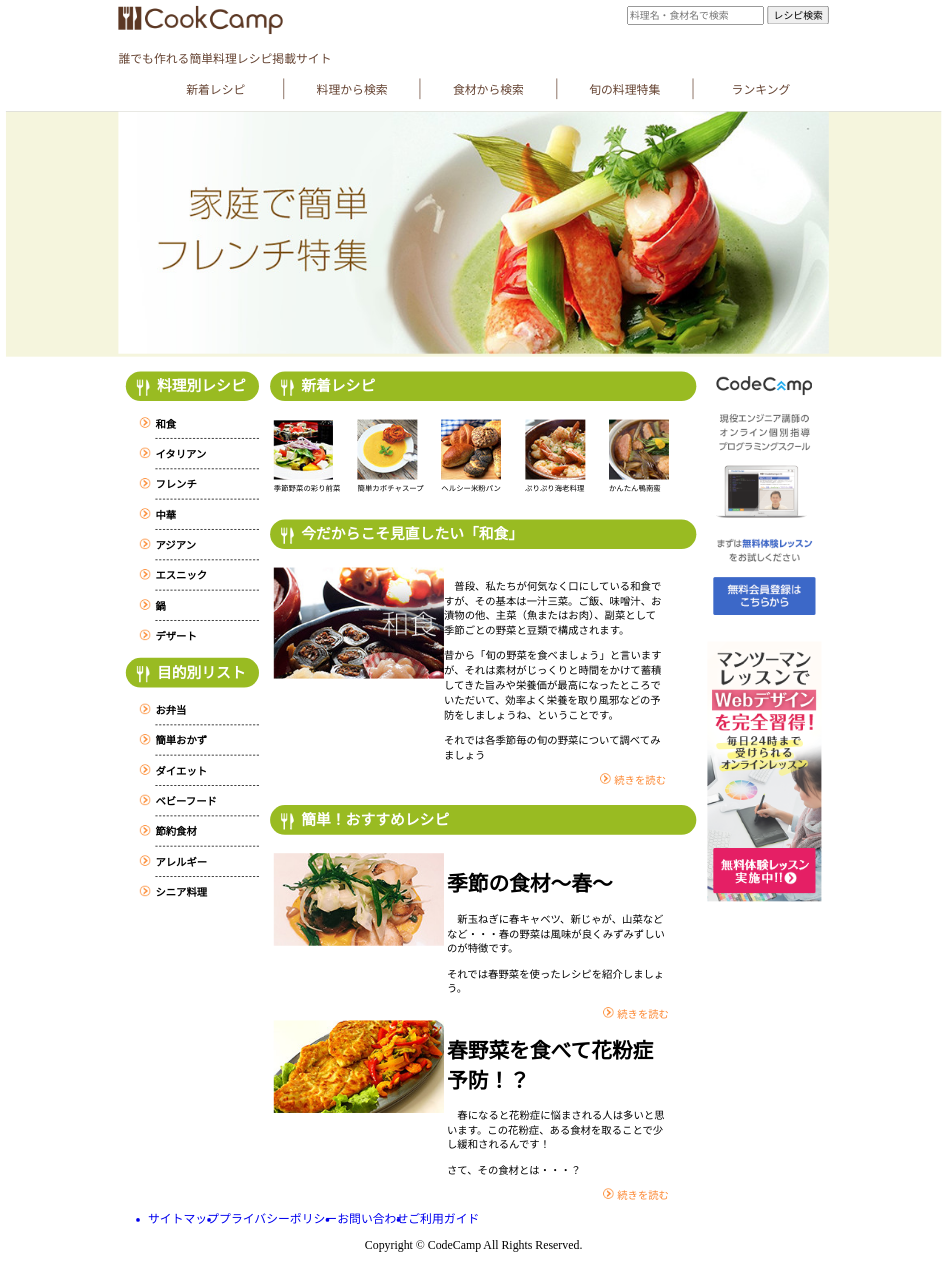
Repository: tomimaler/dc_work_tamachi_inagaki_html
Page: cookcamp/cookcamp.html
The author's editor kept a record of every edit. The page is drawn from the files as they stood at one moment, then again after the next edit.
The browser window is 1280 px wide. The pictures show the whole page, at 74% of full size.

Above is the page before.

### cookcamp/cookcamp.html
<!DOCTYPE html>
<html lang="ja">
 <head>
  <meta charset="UTF-8">
  <title>CookCamp</title>
  <link rel="stylesheet" href="cookcamp.css">

 <body>
  <header>
    <div class="container">
        <img class="logo" src="images/structure/logo.png">
        <input type="submit" value="レシピ検索">
        <input id="search" type="text" name="search" placeholder="料理名・食材名で検索">
        <p>誰でも作れる簡単料理レシピ掲載サイト</p>
        <ul class="header-menu">
            <a href="#"><li class="menu1">新着レシピ</li></a>
            <a href="#"><li>料理から検索</li></a>
            <a href="#"><li>食材から検索</li></a>
            <a href="#"><li>旬の料理特集</li></a>
            <a href="#"><li>ランキング</li></a>
        </ul>
    </div>
 </header>
 <main>
    <div class="container">
        <img class="mainView" src="images/contents/mainView.jpg">
        <nav class="left-column">
            <div class="recipe-nav">
                <h3><img src="images/icon/dish.png">料理別レシピ</h3>
                <ul class="recipe-list">
                    <a href="#"><li>和食</li></a>
                    <a href="#"><li>イタリアン</li></a>
                    <a href="#"><li>フレンチ</li></a>
                    <a href="#"><li>中華</li></a>
                    <a href="#"><li>アジアン</li></a>
                    <a href="#"><li>エスニック</li></a>
                    <a href="#"><li>鍋</li></a>
                    <a href="#"><li>デザート</li></a>
                </ul>
            </div>
            <div class="recipe-nav">
                <h3><img src="images/icon/dish.png">目的別リスト</h3>
                <ul class="recipe-list">
                    <a href="#"><li>お弁当</li></a>
                    <a href="#"><li>簡単おかず</li></a>
                    <a href="#"><li>ダイエット</li></a>
                    <a href="#"><li>ベビーフード</li></a>
                    <a href="#"><li>節約食材</li></a>
                    <a href="#"><li>アレルギー</li></a>
                    <a href="#"><li>シニア料理</li></a>
                </ul>
            </div>
        </nav>
        <div class="main-column">
            <div class="article">
                <h3><img src="images/icon/dish.png">新着レシピ</h3>
                <div class="section">
                    <div class="new-recipes">
                        <div class="new-recipe">
                            <img src="images/contents/newRecipes1.jpg" alt="季節野菜の彩り前菜">
                            <p>季節野菜の彩り前菜</p>
                        </div>
                        <div class="new-recipe">
                            <img src="images/contents/newRecipes2.jpg" alt="簡単カボチャスープ">
                            <p>簡単カボチャスープ</p>
                        </div>
                        <div class="new-recipe">
                            <img src="images/contents/newRecipes3.jpg" alt="ヘルシー米粉パン">
                            <p>ヘルシー米粉パン</p>
                        </div>
                        <div class="new-recipe">
                            <img src="images/contents/newRecipes4.jpg" alt="ぷりぷり海老料理">
                            <p>ぷりぷり海老料理</p>
                        </div>
                        <div class="new-recipe">
                            <img src="images/contents/newRecipes5.jpg" alt="かんたん鴨南蛮">
                            <p>かんたん鴨南蛮</p>
                        </div>
                    </div>
                </div>
            </div>
            <div class="article">
                <h3><img src="images/icon/dish.png">今だからこそ見直したい「和食」</h3>
                <div class="section">
                    <img class="section-img" src="images/contents/topics.jpg" alt="和食" align="left">
                    <div class="section-text">
                        <p>　普段、私たちが何気なく口にしている和食ですが、その基本は一汁三菜。ご飯、味噌汁、お漬物の他、主菜（魚またはお肉）、副菜として季節ごとの野菜と豆類で構成されます。</p>
                        <p>昔から「旬の野菜を食べましょう」と言いますが、それは素材がじっくりと時間をかけて蓄積してきた旨みや栄養価が最高になったところでいただいて、効率よく栄養を取り風邪などの予防をしましょうね、ということです。</p>
                        <p>それでは各季節毎の旬の野菜について調べてみましょう</p>
                        <a href="#"><img src="images/icon/arrow.png" alt="arrow">続きを読む</a>
                    </div>
                </div>
            </div>
            <div class="article">
                <h3><img src="images/icon/dish.png">簡単！おすすめレシピ</h3>
                <div class="section">
                    <img class="section-img" src="images/contents/pushRecipes1.jpg" alt="春">
                    <div class="section-text">
                        <h1>季節の食材～春～</h1>
                        <p>　新玉ねぎに春キャベツ、新じゃが、山菜などなど・・・春の野菜は風味が良くみずみずしいのが特徴です。</p>
                        <p>それでは春野菜を使ったレシピを紹介しましょう。</p>
                        <a href="#"><img src="images/icon/arrow.png" alt="arrow">続きを読む</a>
                    </div>
                    <img class="section-img" src="images/contents/pushRecipes2.jpg" alt="花粉症">
                    <div class="section-text">
                        <h1>春野菜を食べて花粉症予防！？</h1>
                        <p>　春になると花粉症に悩まされる人は多いと思います。この花粉症、ある食材を取ることで少し緩和されるんです！</p>
                        <p>さて、その食材とは・・・？</p>
                        <a href="#"><img src="images/icon/arrow.png" alt="arrow">続きを読む</a>
                    </div>
                </div>
            </div>
        </div>
        <aside class="right-column">
            <a href="#"><img src="images/contents/right1.png"></a>
            <a href="#"><img src="images/contents/right2.png"></a>
        </aside>
    </div>
</main>
<footer>
    <div class="container">
        <ul class="footer-list">
            <a href="#"><li>サイトマップ</li></a>
            <a href="#"><li>プライバシーポリシー</li></a>
            <a href="#"><li>お問い合わせ</li></a>
            <a href="#"><li>ご利用ガイド</li></a>
        </ul>
        <p>Copyright &copy; CodeCamp All Rights Reserved.</p>
    </div>
</footer>
</body>
</html>

### cookcamp/cookcamp.css
.container {
    width:960px;
    margin:0 auto;
}

main {
    background-color:#f5f5dd;
}

a {
    text-decoration:none;
}

header, footer {
    background-color:white;
}

header {
    border-bottom:1px solid #cccccc;
}

header logo {
    float:left;
}

header p{
    color:#664433;
    clear:both;
}

header input {
    float:right;
}

#search {
    height:20px;
    margin-right:5px;
}

.header-menu {
    display:flex;
    text-align:center;
    list-style:none;
}

.header-menu a+ a {
    border-left:1px solid;
}

.header-menu a {
    color:#664433;
    flex:1;
    padding:2px;
}

.mainView {
    width:100%;
}

.recipe-nav {
    margin:10px;
    background-color:white;
}

h3 {
    background-color:#99bb22;
    padding:5px;
    border-radius:25px;
    line-height:30px;
    font-size:20px;
    color:white;
}

h3 img {
    margin-left:10px;
    margin-right:10px;
    vertical-align:-20%;
}

.recipe-list {
    list-style-image: url('images/icon/arrow.png');
    text-align:left;
}

.recipe-list a {
    display:block;
    color:black;
}

.recipe-list li {
    margin:10px 0;
    font-size:14px;
    font-weight:bold;
}

.recipe-list a+ a {
    border-top:1px dashed;
}

.new-recipes {
    display:flex;
    justify-content: center;
    align-items:center;
}

.new-recipe {
    flex:1;
}

.new-recipe img {
    margin-bottom:0;
    padding-bottom:0;
}

.new-recipe p {
    font-size:10px;
    width:100%;
    margin-top:0;
    padding-top:0;
}

.section-img {
    display:inline-block;
}

.section-text {
    display:inline-block;
    vertical-align:top;
    font-size:14px;
    width:300px;
}

.section-text a{
    color:#fc8833;
    float:right;
}

.section-text img {
    margin-right:5px;
}

h4 {
    color:#664433;
}

.article {
    margin:5px;
}

.section {
    padding:5px;
}

.right-column img {
    margin:10px;
}

.left-column {
    width:200px;
    float:left;
}

.main-column {
    width:586px;
    float:left;
}

.right-column {
    width:155px;
    float:left;
}

footer {
    clear:both;
    text-align:center;
}

.footer-list {
    display:flex;
}

.footer-list li {
    flex:1;
}

After the next edit:
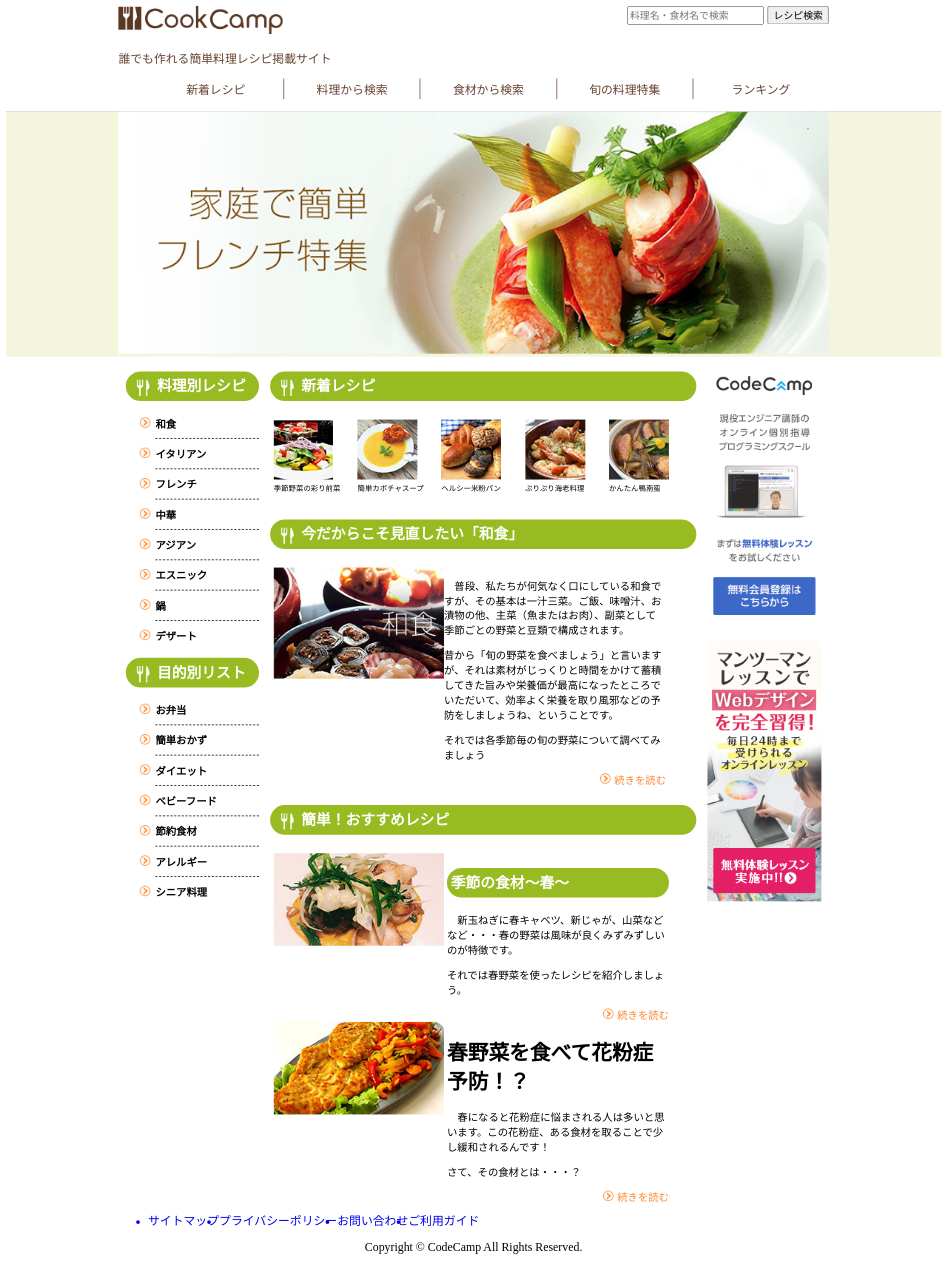
The edit:
--- a/cookcamp/cookcamp.html
+++ b/cookcamp/cookcamp.html
@@ -96,7 +96,7 @@
                 <div class="section">
                     <img class="section-img" src="images/contents/pushRecipes1.jpg" alt="春">
                     <div class="section-text">
-                        <h1>季節の食材～春～</h1>
+                        <h3>季節の食材～春～</h3>
                         <p>　新玉ねぎに春キャベツ、新じゃが、山菜などなど・・・春の野菜は風味が良くみずみずしいのが特徴です。</p>
                         <p>それでは春野菜を使ったレシピを紹介しましょう。</p>
                         <a href="#"><img src="images/icon/arrow.png" alt="arrow">続きを読む</a>
